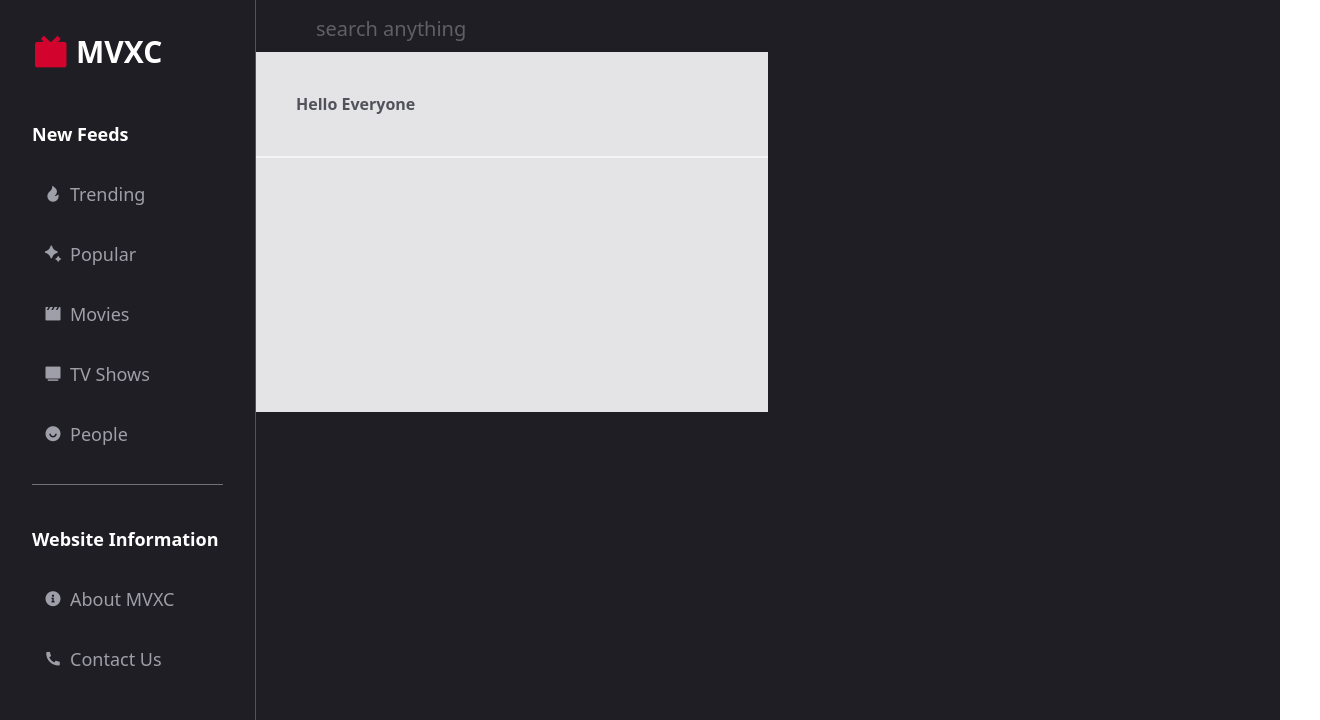
Repository: Csiddharth7906/MovieAppUpdatedVersion
Page: / (app in MVXC-MovieWebApplication/)
The author's editor kept a copy of each file at every save. The page is drawn from the files as they stood at one save, then again after the next save.
The browser window is 1280 px wide. The page is 1280 px wide, then 1320 px, so the pictures cover 1320 px, including what lies to the right of the window. The pictures show the whole page.
Some web libraries are served in a nearby version. The project was rebuilt for these pictures with package versions that can differ from the ones it lists, and the page was loaded fresh each time. Also part of the build but not shown: MVXC-MovieWebApplication/vite.config.js.

Above is the page before, as saved 2025-06-17 10:22:24.

After the next save:
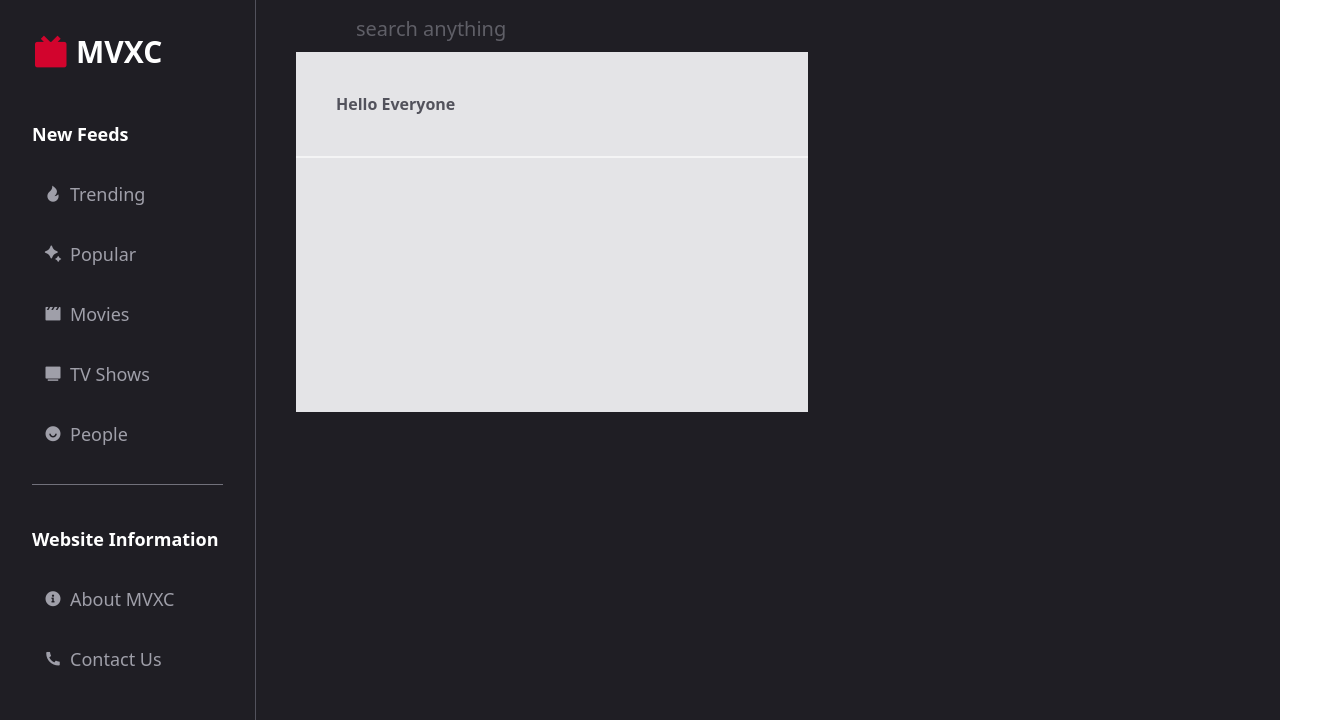
Saved 4 s later.
--- a/MVXC-MovieWebApplication/src/templates/Topnav.jsx
+++ b/MVXC-MovieWebApplication/src/templates/Topnav.jsx
@@ -5,7 +5,7 @@ const Topnav = () => {
   const [query, setquery] = useState("");
   console.log(query)
   return (
-    <div className="w-full h-[8vh] relative flex justify-start  items-center">
+    <div className="w-full h-[8vh] relative flex justify-start ml-10 items-center">
       <i classname="text-zinc-400 text-3xl ri-search-line"></i>
       <input
         onChange={(e)=> setquery(e.target.value)}
